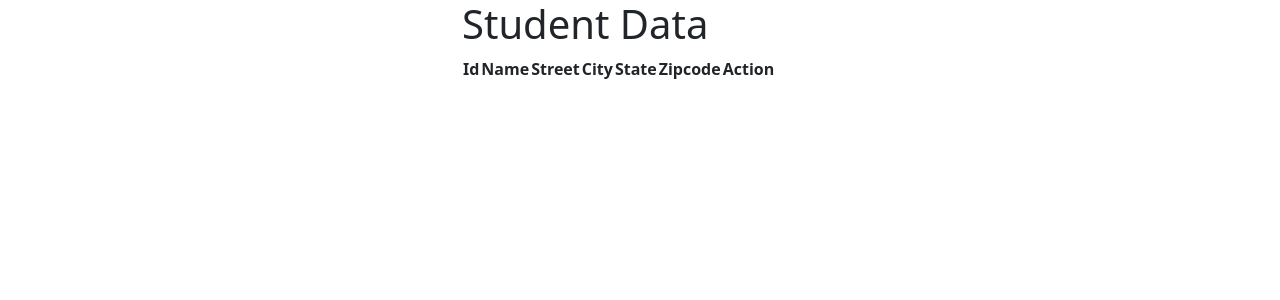
Repository: Laxman877/PracticeJava
Page: http://localhost/HibernateAssingment_004/display.jsp
These files come from the project's save history. The page is drawn as it stood at one moment and after the next save; the edit follows.
The browser window is 1280 px wide. The pictures show the whole page.
The page is served by Tomcat 9. Other server files are loaded and not shown.

Above is the page before, as saved 2022-07-23 06:02:34.

### HibernateAssingment_004/src/main/webapp/display.jsp
<%@ page language="java" contentType="text/html; charset=UTF-8"
    pageEncoding="UTF-8"%>
<%@taglib uri="http://java.sun.com/jsp/jstl/core" prefix="c" %>
<%@page isELIgnored="false" %>
<!DOCTYPE html>
<html>
<head>
<meta charset="UTF-8">
<title>Data</title>
<link
	href="https://cdn.jsdelivr.net/npm/bootstrap@5.1.3/dist/css/bootstrap.min.css"
	rel="stylesheet"
	integrity="sha384-1BmE4kWBq78iYhFldvKuhfTAU6auU8tT94WrHftjDbrCEXSU1oBoqyl2QvZ6jIW3"
	crossorigin="anonymous">
<script
	src="https://cdn.jsdelivr.net/npm/bootstrap@5.1.3/dist/js/bootstrap.bundle.min.js"
	integrity="sha384-ka7Sk0Gln4gmtz2MlQnikT1wXgYsOg+OMhuP+IlRH9sENBO0LRn5q+8nbTov4+1p"
	crossorigin="anonymous"></script>
</head>
<body>
<div class="container">
<div class="row">
<div class="col md-4"></div>
<div class="col md-4">
<h1>Student Data</h1>
<table>
<tr>
<th>Id</th>
<th>Name</th>
<th>Street</th>
<th>City</th>
<th>State</th>
<th>Zipcode</th>
<th colspan="2">Action</th>
</tr>

</table>
</div>
<div class="col md-4"></div>
</div>
</div>
</body>
</html>

After the next save:
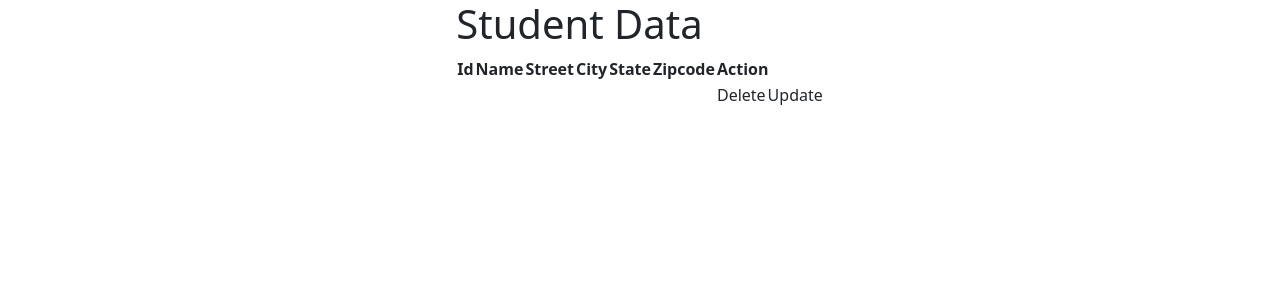
Saved 108 s later.
--- a/HibernateAssingment_004/src/main/webapp/display.jsp
+++ b/HibernateAssingment_004/src/main/webapp/display.jsp
@@ -33,7 +33,18 @@
 <th>Zipcode</th>
 <th colspan="2">Action</th>
 </tr>
-
+<c:forEach var="dt" items="data">
+<tr>
+<td></td>
+<td></td>
+<td></td>
+<td></td>
+<td></td>
+<td></td>
+<td><a>Delete</a></td>
+<td><a>Update</a></td>
+</tr>
+</c:forEach>
 </table>
 </div>
 <div class="col md-4"></div>
